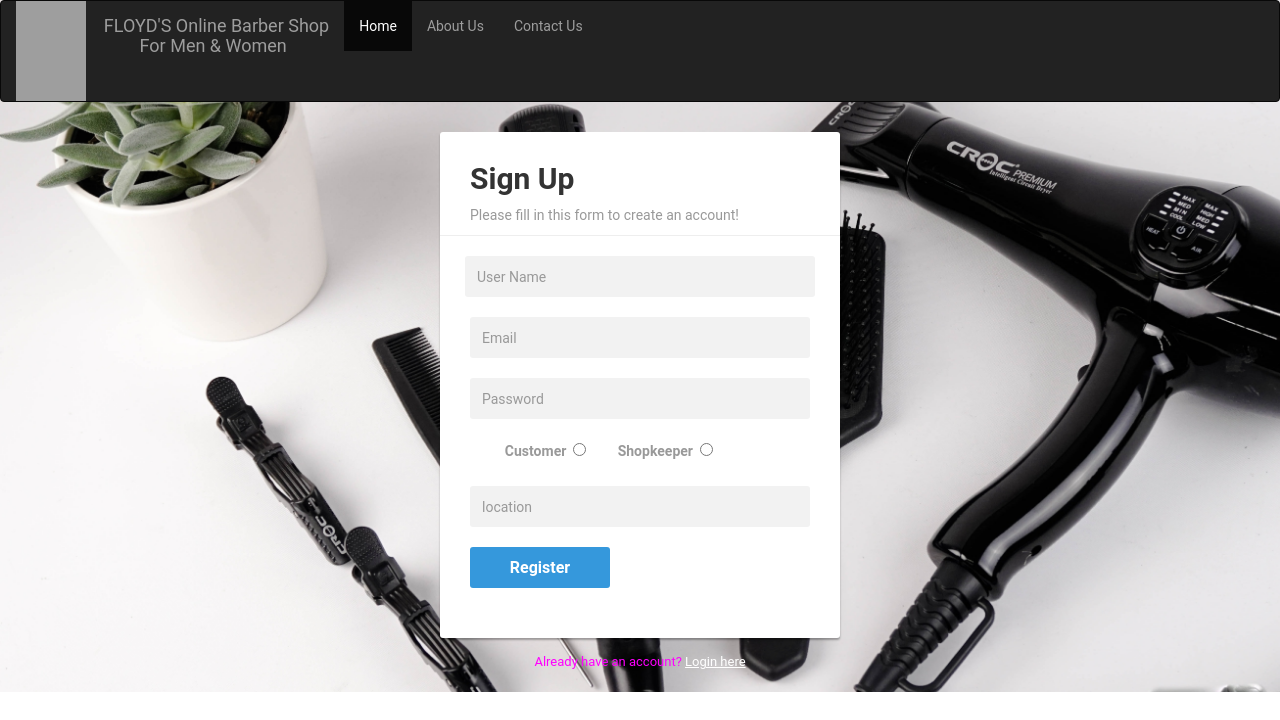
Repository: Mithil-Chavan/OnlineBarbershopManagementSystem
Page: http://localhost/OnlineBarberShop/WEB-INF/views/user/register.jsp
These files come from the project's save history. The page is drawn as it stood at one moment and after the next save; the edit follows.
The browser window is 1280 px wide. The pictures show the whole page.
Some web fonts or font styles are not loaded; a fallback is used. The page is served by Tomcat 9. Nobody is signed in. Other server files are loaded and not shown. The template is opened directly, without the code that normally fills it, so the values that code supplies are empty.

Above is the page before, as saved 2021-03-25 07:14:53.

### OnlineBarberShop/OnlineBarberShop/src/main/webapp/WEB-INF/views/user/register.jsp
<%@ page language="java" contentType="text/html; charset=ISO-8859-1"
	pageEncoding="ISO-8859-1"%>
			<%@ taglib uri="http://java.sun.com/jsp/jstl/core" prefix="c"%>
<%@ taglib uri="http://www.springframework.org/tags" prefix="spring"%>
<%@ taglib uri="http://www.springframework.org/tags/form" prefix="sf"%>


<!DOCTYPE html>
<html lang="en">
<head>
  <title>register</title>
  <meta charset="utf-8">
<meta name="viewport" content="width=device-width, initial-scale=1, shrink-to-fit=no">
<title>Bootstrap Elegant Account Login Form with Avatar Icon</title>
<link rel="stylesheet" href="https://fonts.googleapis.com/css?family=Merienda+One">
<link rel="stylesheet" href="https://stackpath.bootstrapcdn.com/bootstrap/3.4.1/css/bootstrap.min.css">
<link rel="stylesheet" href="https://fonts.googleapis.com/icon?family=Material+Icons">
<link rel="stylesheet" href="https://maxcdn.bootstrapcdn.com/font-awesome/4.7.0/css/font-awesome.min.css">
<script src="https://code.jquery.com/jquery-3.5.1.min.js"></script>
<script src="https://cdn.jsdelivr.net/npm/popper.js@1.16.0/dist/umd/popper.min.js"></script>
<script src="https://stackpath.bootstrapcdn.com/bootstrap/4.5.0/js/bootstrap.min.js"></script>
<style>
body {
	color: #fff;
	/* background: #3598dc; */
	background: url("http://localhost:8080/register.jpg")no-repeat;
	background-size: cover;
	background-position: center;
	width:100%; height:650px;
	font-family: 'Roboto', sans-serif;
}
.form-control {
	height: 41px;
	background: #f2f2f2;
	box-shadow: none !important;
	border: none;
}
.form-control:focus {
	background: #e2e2e2;
}
.form-control, .btn {
	border-radius: 3px;
}
.signup-form {
	width: 400px;
	margin: 30px auto;
}
.signup-form form {
	color: #999;
	border-radius: 3px;
	margin-bottom: 15px;
	background: #fff;
	box-shadow: 0px 2px 2px rgba(0, 0, 0, 0.3);
	padding: 30px;
}
.signup-form h2  {
	color: #333;
	font-weight: bold;
	margin-top: 0;
}
.signup-form hr  {
	margin: 0 -30px 20px;
}
.signup-form .form-group {
	margin-bottom: 20px;
}
.signup-form input[type="checkbox"] {
	margin-top: 3px;
}
.signup-form .row div:first-child {
	padding-right: 10px;
}
.signup-form .row div:last-child {
	padding-left: 10px;
}
.signup-form .btn {
	font-size: 16px;
	font-weight: bold;
	background: #3598dc;
	border: none;
	min-width: 140px;
}
.signup-form .btn:hover, .signup-form .btn:focus {
	background: #2389cd !important;
	outline: none;
}
.signup-form a {
	color: #fff;
	text-decoration: underline;
}
.signup-form a:hover {
	text-decoration: none;
}
.signup-form form a {
	color: #3598dc;
	text-decoration: none;
}
.signup-form form a:hover {
	text-decoration: underline;
}
.signup-form .hint-text  {
color:#FF00FF;
font-size: 13px;
	padding-bottom: 15px;
	text-align: center;
}
</style>
</head>
<body>

<nav class="navbar navbar-inverse">
  <div class="container-fluid">
  <div class="navbar-header">
    <img src="http://localhost:8080/about1.png" width="70" height="100" alt="Bootstrappin"/>
    </div>
    <div class="navbar-header">
      <a class="navbar-brand" > &nbsp&nbsp&nbsp FLOYD'S Online Barber Shop
      <br>&nbsp&nbsp&nbsp&nbsp&nbsp&nbsp&nbsp&nbsp&nbsp&nbsp&nbsp For Men & Women</br> </a>
    </div>
    <ul class="nav navbar-nav">
      <li class="active"><a href="/">Home</a></li>
     <li><a href="/about">About Us</a></li>
      <li><a href="/contact">Contact Us</a></li>
    </ul>

  </div>
</nav>


<div class="signup-form">
    <sf:form method="post" >
		<h2>Sign Up</h2>
		<p>Please fill in this form to create an account!</p>
		<hr>
        <div class="form-group">
			<div class="row">
				<div class="col"><input type="text" class="form-control" name="userName" placeholder="User Name" required="required"></div>
			</div>
        </div>
        <div class="form-group">
        	<input type="email" class="form-control" name="emailId" placeholder="Email" required="required">
        </div>
		<div class="form-group">
            <input type="password" class="form-control" name="password" placeholder="Password" required="required">
        </div>

        <div class="form-group">
			<label class="form-check-label">&nbsp&nbsp&nbsp&nbsp&nbsp&nbsp&nbsp&nbsp&nbsp Customer  &nbsp<input type="radio" name="role" value="customer" required="required"> </label>
			<label class="form-check-label">&nbsp&nbsp&nbsp&nbsp&nbsp&nbsp&nbsp Shopkeeper &nbsp<input type="radio" name="role" value="shopkeeper" required="required"> </label>
		</div>

		<div class="form-group">
            <input type="location" class="form-control" name="location" placeholder="location" required="required">
        </div>

		<div class="form-group">
            <input type="submit" class="btn btn-primary btn-lg" value="Register"/>
        </div>
	</sf:form>
	<div class="hint-text">Already have an account? <a href="/user/login">Login here</a></div>
</div>



</body>
</html>

After the next save:
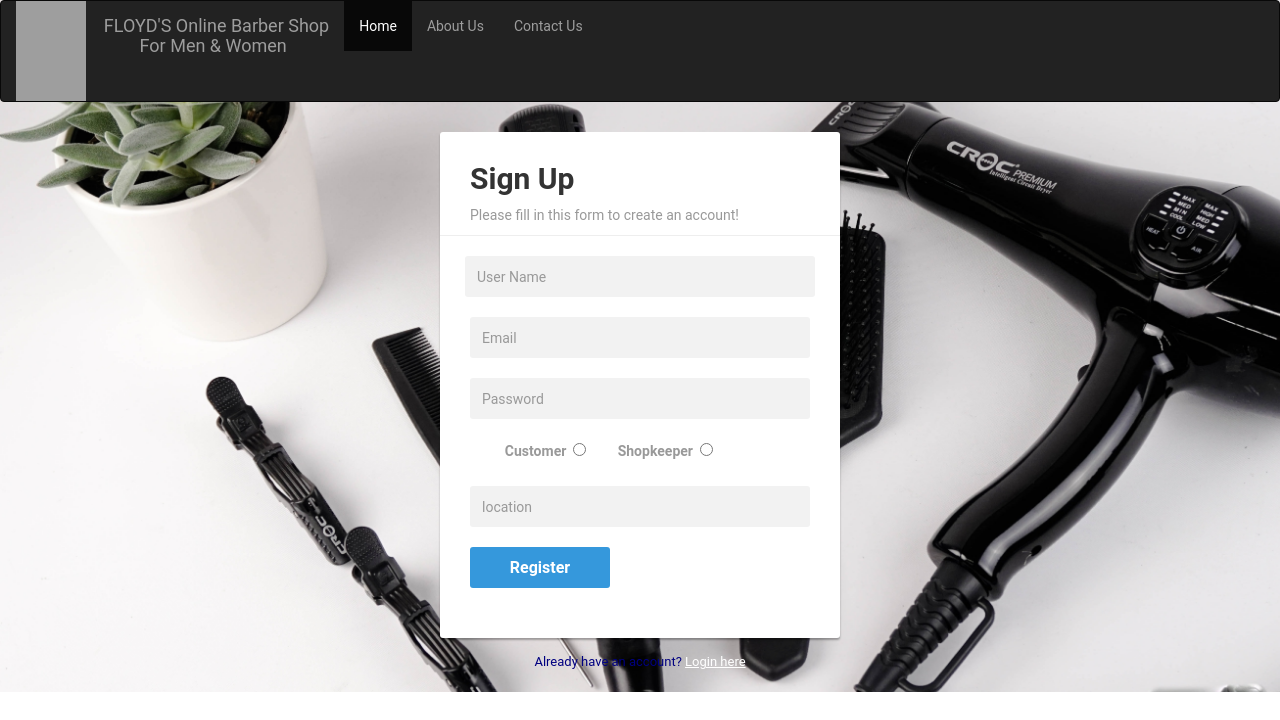
Saved 31 s later.
--- a/OnlineBarberShop/OnlineBarberShop/src/main/webapp/WEB-INF/views/user/register.jsp
+++ b/OnlineBarberShop/OnlineBarberShop/src/main/webapp/WEB-INF/views/user/register.jsp
@@ -99,7 +99,7 @@ body {
 	text-decoration: underline;
 }
 .signup-form .hint-text  {
-color:#FF00FF;
+color:#000080;
 font-size: 13px;
 	padding-bottom: 15px;
 	text-align: center;
